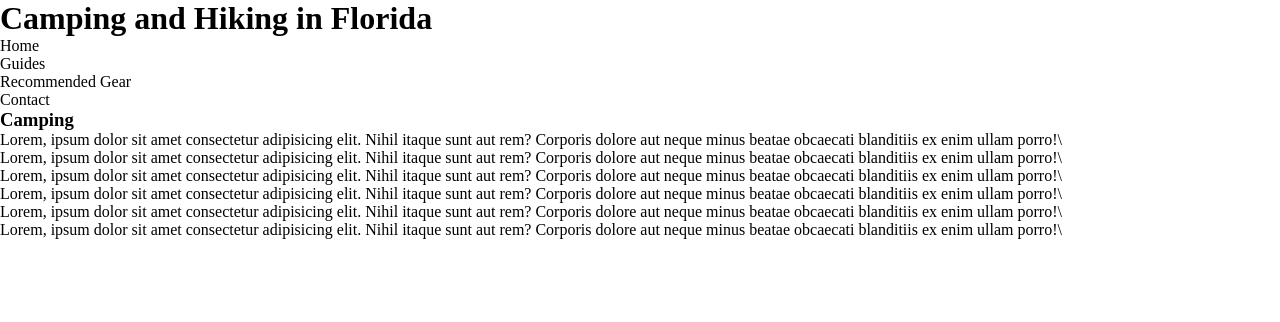
Repository: mlmEFSC21/P22-Mouse-Click
Page: click.html
The author's editor kept a copy of each file at every save. The page is drawn from the files as they stood at one save, then again after the next save.
The browser window is 1280 px wide. The pictures show the whole page.

Above is the page before, as saved 2022-04-17 20:41:50.

After the next save:
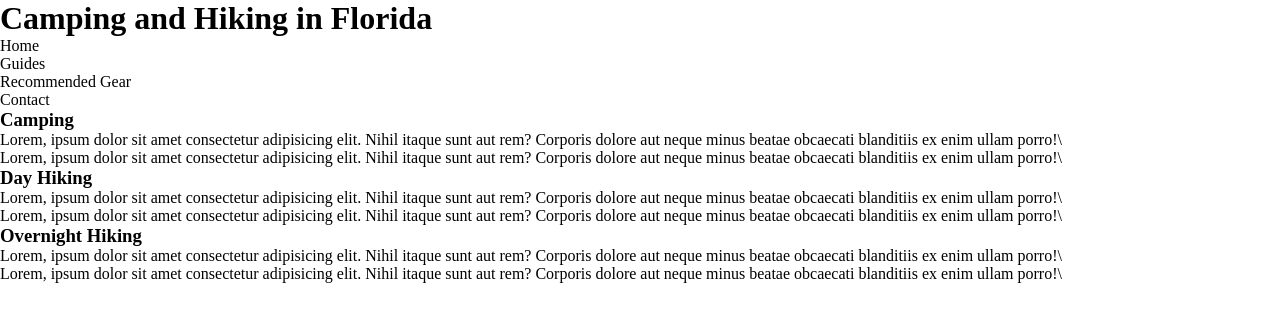
Saved 30 s later.
--- a/click.html
+++ b/click.html
@@ -32,6 +32,7 @@
             </p>
         </div>
         <div>
+            <h3>Day Hiking</h3>
             <p>
                 Lorem, ipsum dolor sit amet consectetur adipisicing elit. Nihil itaque sunt aut rem?
                 Corporis dolore aut neque minus beatae obcaecati blanditiis ex enim ullam porro!\
@@ -42,6 +43,7 @@
             </p>
         </div>
         <div>
+            <h3>Overnight Hiking</h3>
             <p>
                 Lorem, ipsum dolor sit amet consectetur adipisicing elit. Nihil itaque sunt aut rem?
                 Corporis dolore aut neque minus beatae obcaecati blanditiis ex enim ullam porro!\
